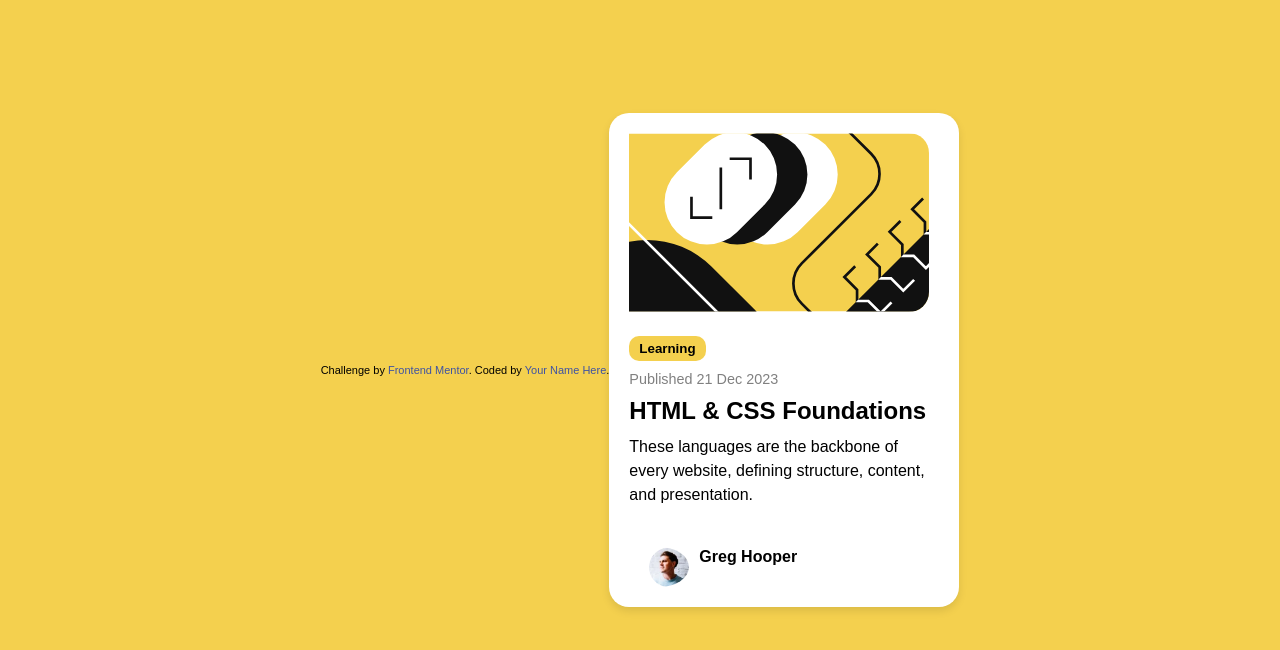
Repository: Dayvid0/FRONTEND_MENTOR_CHALLENGES
Page: index.html
The author's editor kept a copy of each file at every save. The page is drawn from the files as they stood at one save, then again after the next save.
The browser window is 1280 px wide. The pictures show the whole page.

Above is the page before, as saved 2025-03-13 15:08:13.

### index.html
<!DOCTYPE html>
<html lang="en">
<head>
  <meta charset="UTF-8">
  <meta name="viewport" content="width=device-width, initial-scale=1.0">
  <link rel="icon" type="image/png" sizes="32x32" href="./assets/images/favicon-32x32.png">
  <title>Frontend Mentor | Blog Preview Card</title>
  <style>
    body {
      background-color: hsl(47, 88%, 63%);
      display: flex;
      justify-content: center;
      align-items: center;
      height: 100vh;
      margin: 0;
      font-family: Arial, sans-serif;
    }
    .card {
      background-color: white;
      width: 90%;
      max-width: 350px;
      border-radius: 20px;
      overflow: hidden;
      box-shadow: 0 4px 8px rgba(0, 0, 0, 0.1);
    }
    .card img {
      width: 300px;
      border-radius: 20px;
      padding-left: 20px;
      margin-top: 20px;
    }
    .card-content {
      padding: 20px;
    }
    .tag {
      background-color: hsl(47, 88%, 63%);
      border: none;
      border-radius: 10px;
      padding: 5px 10px;
      font-weight: bold;
      margin-bottom: 10px;
      display: inline-block;
    }
    .date {
      color: gray;
      font-size: 0.9em;
      margin-bottom: 10px;
    }
    h3 {
      margin: 10px 0;
      font-size: 1.5em;
    }
    p {
      margin: 10px 0;
      line-height: 1.5;
    }
    .profile {
      display: flex;
      align-items: center;
      margin-top: 20px;
    }
    .profile img {
      border-radius: 50%;
      width: 40px;
      height: 40px;
      margin-right: 10px;
    }
    .profile p {
      margin: 0;
      font-weight: bold;
    }
    .attribution {
      font-size: 11px;
      text-align: center;
      margin-top: 20px;
    }
    .attribution a {
      color: hsl(228, 45%, 44%);
      text-decoration: none;
    }
  </style>
</head>
<body>
  <div class="attribution">
    Challenge by <a href="https://www.frontendmentor.io?ref=challenge" target="_blank">Frontend Mentor</a>.
    Coded by <a href="#">Your Name Here</a>.
  </div>
  <div class="card">
    <img src="./assets/images/illustration-article.svg" alt="Article Illustration">
    <div class="card-content">
      <button class="tag">Learning</button>
      <div class="date">Published 21 Dec 2023</div>
      <h3>HTML & CSS Foundations</h3>
      <p>These languages are the backbone of every website, defining structure, content, and presentation.</p>
      <div class="profile">
        <img src="./assets/images/image-avatar.webp" alt="Greg Hooper">
        <p>Greg Hooper</p>
      </div>
    </div>
  </div>
</body>
</html>

After the next save:
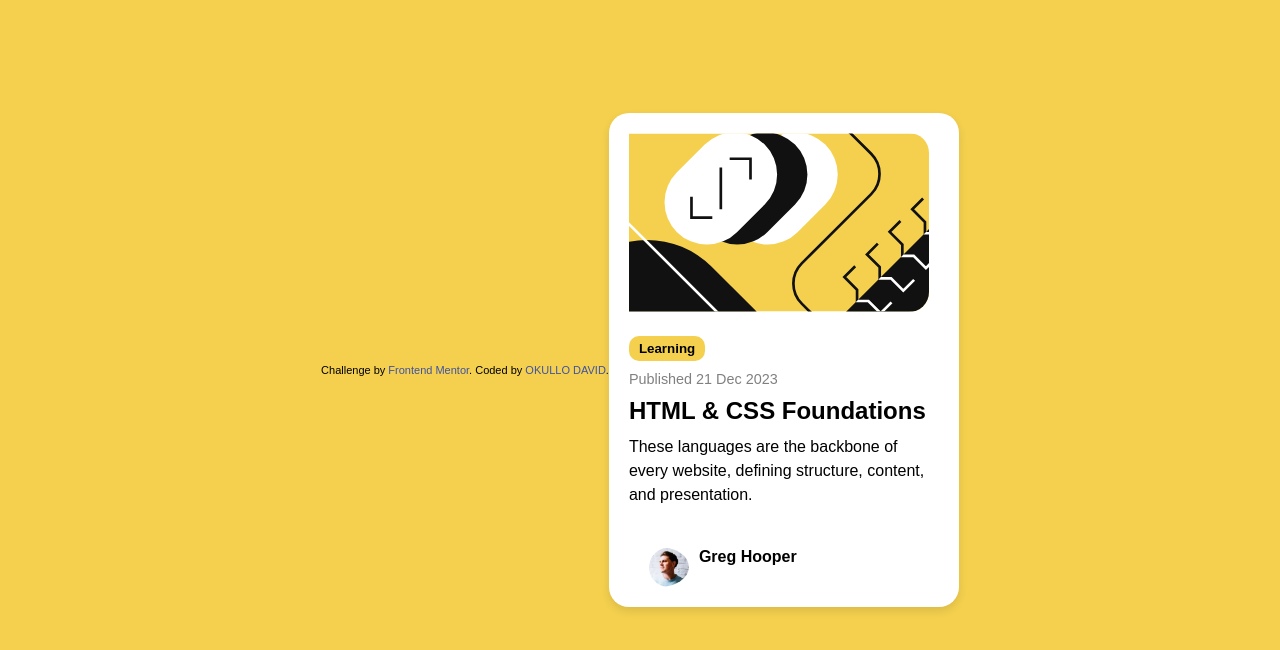
Saved 41 s later.
--- a/index.html
+++ b/index.html
@@ -83,7 +83,7 @@
 <body>
   <div class="attribution">
     Challenge by <a href="https://www.frontendmentor.io?ref=challenge" target="_blank">Frontend Mentor</a>.
-    Coded by <a href="#">Your Name Here</a>.
+    Coded by <a href="#">OKULLO DAVID</a>.
   </div>
   <div class="card">
     <img src="./assets/images/illustration-article.svg" alt="Article Illustration">
